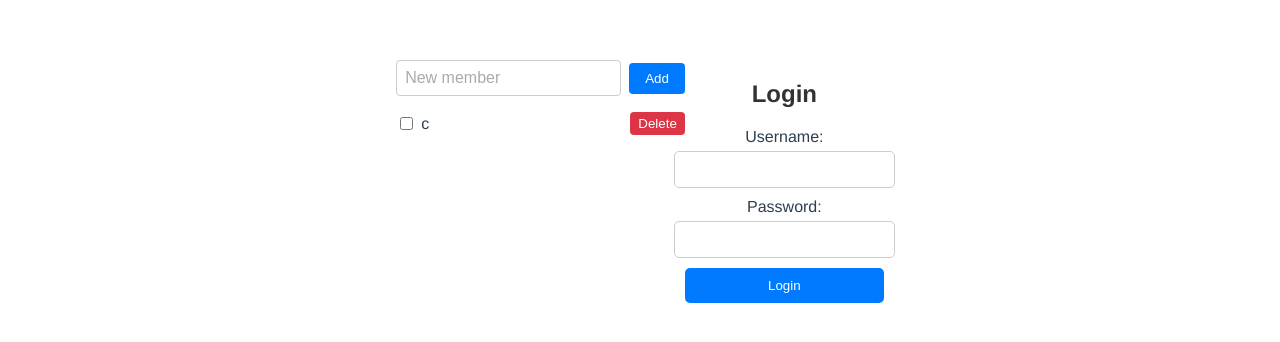
Repository: anhthu112/Todo-list
Page: /
An editor plug-in stored every save of this project. The page is shown before and after the next save, followed by the edit.
The browser window is 1280 px wide. The pictures show the whole page.
The project was rebuilt for these pictures with package versions that can differ from the ones it lists, and the page was loaded fresh each time. Requests to the local data server were answered from the project's data file. Also part of the build but not shown: vue.config.js.

Above is the page before, as saved 2024-02-01 14:57:54.

### src/App.vue
<template>
  <div class="container">
    <CompTodo/>
    <Login/>
  </div>
</template>

<script>
import CompTodo from './components/CompTodo.vue';
import Login from './components/Login.vue'

export default {
  name: 'App',

  components: {
    CompTodo,
    Login,
},
}
</script>

<style>
#app {
  font-family: Avenir, Helvetica, Arial, sans-serif;
  -webkit-font-smoothing: antialiased;
  -moz-osx-font-smoothing: grayscale;
  text-align: center;
  color: #2c3e50;
  margin-top: 60px;
}
.container{
    display: flex;
    justify-content: center;
  }
</style>

### src/components/CompTodo.vue
<template>
    <div>
        <AddTodo @add-todo="addTodo" />
        <TodoItem
            v-for="todoItem in todo"
            :key="todoItem.id"
            :todoProps="todoItem"
            @item-complete="markComplete"
            @deleteItem="deleteItem(todoItem.id)"
        />
    </div>
</template>

<script>
import TodoItem from './TodoItem.vue';
import AddTodo from './AddTodo.vue';
import axios from 'axios';

export default {
    name: 'ToDo',
    data() {
        return {
            todo: []
        };
    },
    methods: {
        async getAlltodo() {
            try {
                const res = await axios.get('http://localhost:3000/posts');
                this.todo = res.data;
                console.log(res.data);
            } catch (err) {
                console.log(err);
            }
        },
        markComplete(todoItem) {
            console.log(todoItem);
            todoItem.completed = !todoItem.completed;
            console.log(todoItem.completed);
        },
        async deleteItem(itemId) {
            try {
                await axios.delete(`http://localhost:3000/posts/${itemId}`);
                console.log(`Item ${itemId} deleted.`);
                this.todo = this.todo.filter(item => item.id !== itemId);
            } catch (err) {
                console.log(err);
            }
        },
        async addTodo(newTodo) {
            try {
                const res = await axios.post('http://localhost:3000/posts', newTodo);
                console.log("New todo added:", res.data);
                this.todo.push(res.data);
            } catch (err) {
                console.log(err);
            }
        }
    },
    mounted() {
        this.getAlltodo();
    },
    components: {
        TodoItem,
        AddTodo,
    },
};
</script>

<style>
</style>

### src/components/Login.vue
<template>
    <div>
      <h2>Login</h2>
      <form @submit.prevent="login">
        <label for="username">Username:</label>
        <input type="text" id="username" v-model="username" required>
        <label for="password">Password:</label>
        <input type="password" id="password" v-model="password" required>
        <button type="submit">Login</button>
      </form>
    </div>
  </template>

  <script>
  export default {
    name: 'login-page',
    data() {
      return {
        username: '',
        password: ''
      };
    },
    methods: {
      login() {
        console.log('Username:', this.username);
        console.log('Password:', this.password);
      }
    }
  };
  </script>

  <style scoped>
    .container {
    width: 300px;
    margin: 50px auto;
    padding: 20px;
    border-radius: 10px;
    background-color: #f5f5f5;
    box-shadow: 0 0 10px rgba(0, 0, 0, 0.1);
    }

    h2 {
    text-align: center;
    color: #333;
    }

    form {
    display: flex;
    flex-direction: column;
    align-items: center;
    }

    label {
    margin-bottom: 5px;
    }

    input[type="text"],
    input[type="password"] {
    width: 100%;
    padding: 10px;
    margin-bottom: 10px;
    border: 1px solid #ccc;
    border-radius: 5px;
    }

    button[type="submit"] {
    width: 100%;
    padding: 10px;
    border: none;
    border-radius: 5px;
    background-color: #007bff;
    color: #fff;
    cursor: pointer;
    }

    button[type="submit"]:hover {
    background-color: #0056b3;
    }

  </style>

### src/components/TodoItem.vue
<template>
    <p :class="['todo-item', todoProps.completed ? 'is-complete' : '']">
      <input type="checkbox" :checked="todoProps.completed" v-on:change="markItemCompleted"/>
      {{ todoProps.title }}
      <button v-on:click="deleteItem" class="btn-delete">Delete</button>
    </p>

  </template>

  <script>
  export default {
      name: 'todo-item',
      data (){
        return {
        }
      },
      props: ['todoProps'],
      methods:{
        markItemCompleted(){
          this.$emit('item-complete',this.todoProps);
        },
        deleteItem(){
          this.$emit('deleteItem', this.todoProps);
        }
      }

  }
  </script>

  <style>
.todo-item {
  display: flex;
  align-items: center;
  margin-bottom: 8px;
  font-size: 16px;
}

.is-complete {
  text-decoration: line-through;
}

.is-complete {
  color: #888;
}


.todo-item input[type="checkbox"] {
  margin-right: 8px;
}

.btn-delete {
  margin-left: auto;
  background-color: #dc3545;
  color: #fff;
  border: none;
  padding: 4px 8px;
  border-radius: 4px;
  cursor: pointer;
  text-decoration: none;
}

.btn-delete:hover {
  background-color: #c82333;
}

  </style>

### src/components/AddTodo.vue
<template>
    <form @submit.prevent="addItem">
      <input type="text" placeholder="New member" v-model="title" @input="check" class="input">
      <input type="submit" value="Add" class="add-btn">
    </form>
  </template>

  <script>
  import { ref } from 'vue';
  import { v4 as uuidv4 } from 'uuid';

  export default {
    name: 'AddTodo',
    setup(props, context) {
      const title = ref('');

      const check = () => {
        console.log(title.value);
      };

      const addItem = event => {
        if (title.value != ''){
          event.preventDefault();
          const newItem = {
            id: uuidv4(),
            title: title.value,
            completed: false
          };
          context.emit('add-todo', newItem);
          title.value = '';
        }

      };

      return {
        title,
        check,
        addItem,
      };
    },
  };
  </script>

  <style>
form {
  display: flex;
  align-items: center;
}

.input {
  padding: 8px;
  border: 1px solid #ccc;
  border-radius: 4px;
  margin-right: 8px;
  font-size: 16px;
}

.add-btn {
  padding: 8px 16px;
  background-color: #007bff;
  color: #fff;
  border: none;
  border-radius: 4px;
  cursor: pointer;
}

.add-btn:hover {
  background-color: #0056b3;
}

.input::placeholder {
  color: #aaa;
}

.input:focus {
  outline: none;
  border-color: #007bff;
}

  </style>

### db.json
{
  "posts": [
    {
      "id": "487a21aa-0c37-458f-a4a2-1da914d3799c",
      "title": "c",
      "completed": false
    }
  ]
}

Loaded but not shown: public/index.html (common file); src/main.js (common file)

After the next save:
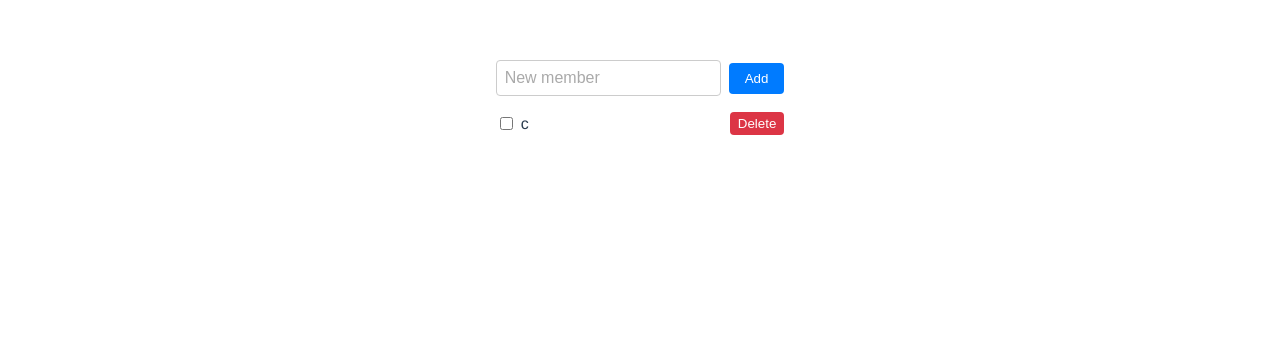
Saved 17 s later.
--- a/src/App.vue
+++ b/src/App.vue
@@ -1,20 +1,20 @@
 <template>
   <div class="container">
     <CompTodo/>
-    <Login/>
+    <!-- <Login/> -->
   </div>
 </template>
 
 <script>
 import CompTodo from './components/CompTodo.vue';
-import Login from './components/Login.vue'
+// import Login from './components/Login.vue'
 
 export default {
   name: 'App',
 
   components: {
     CompTodo,
-    Login,
+    // Login,
 },
 }
 </script>
